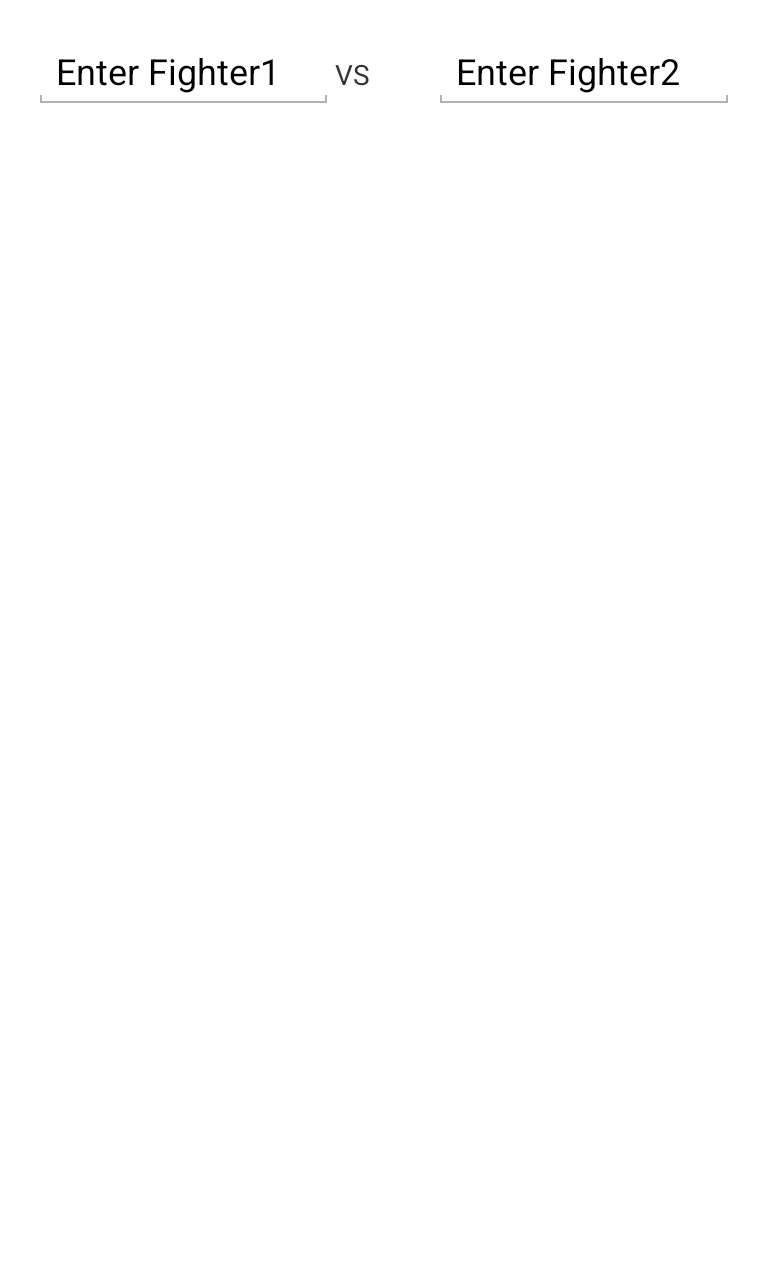
Repository: fallatah232216/ScorecardCal
Layout: cse3345.f13.fallatah/res/layout/activity_main.xml
The author's editor kept a copy of each file at every save. The layout is drawn from the files as they stood at one save, then again after the next save.
It is drawn on a 768 x 1280 px phone screen (xhdpi) without system bars, with theme AppTheme; the app's code is not run.

Above is the layout before, as saved 2013-12-06 01:42:58.

After the next save:
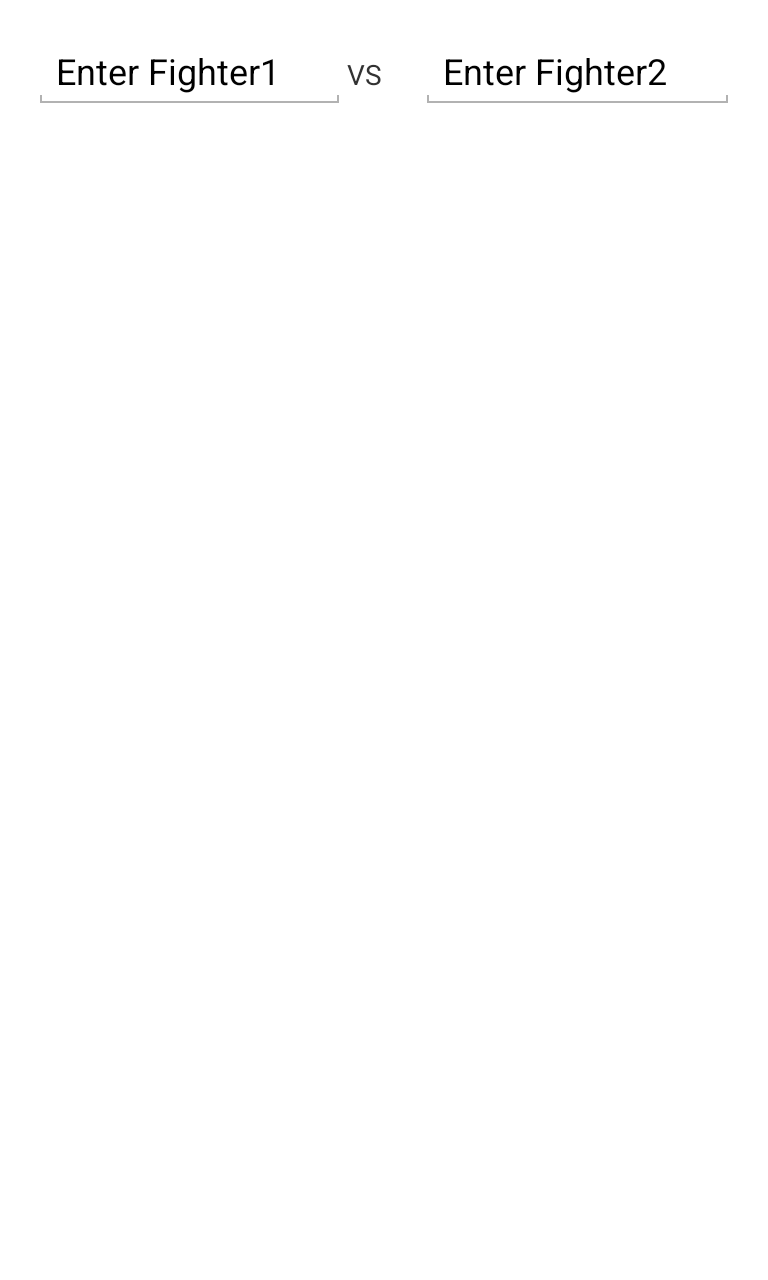
Saved 5 min 1 s later.
--- a/cse3345.f13.fallatah/res/layout/activity_main.xml
+++ b/cse3345.f13.fallatah/res/layout/activity_main.xml
@@ -15,7 +15,7 @@
         android:id="@+id/fight_1"
         android:layout_width="wrap_content"
         android:layout_height="wrap_content"
-        android:layout_weight=".25"
+        android:layout_weight=".35"
         android:text="@string/fighter1"
         android:inputType="textPersonName" />
 
@@ -24,13 +24,13 @@
     android:id="@+id/vs"
     android:layout_width="wrap_content"
 	android:layout_height="wrap_content"
-	android:layout_weight=".50"
+	android:layout_weight=".30"
 	android:text="@string/VS" />
 <EditText
         android:id="@+id/fight_2"
         android:layout_width="wrap_content"
         android:layout_height="wrap_content"
-        android:layout_weight=".25"
+        android:layout_weight=".35"
         android:text="@string/fighter2"
         android:inputType="textPersonName" />
 
